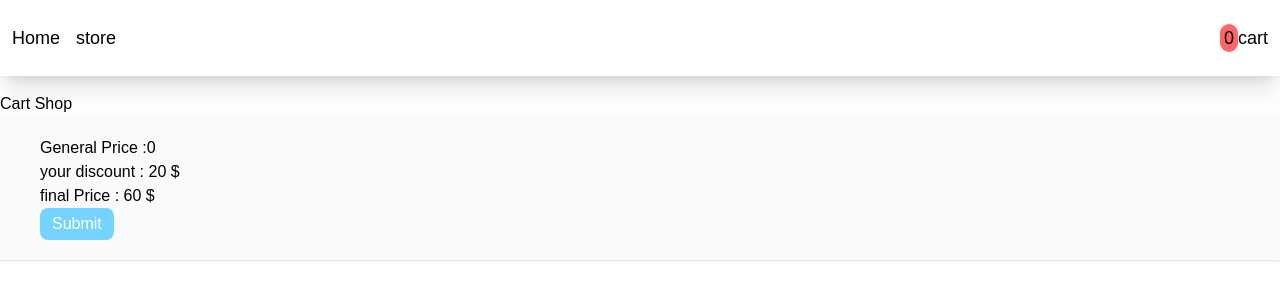
Repository: Rohullah-Noori/Nextjs-online-shop
Page: /cart
These files come from the project's save history. The page is drawn as it stood at one moment and after the next save; the edit follows.
The browser window is 1280 px wide. The pictures show the whole page.
The project was rebuilt for these pictures with package versions that can differ from the ones it lists, and the page was loaded fresh each time. The framework's server and built-in components were replaced by stand-ins that run in the browser. Requests to the local data server were answered from the project's data file. Also part of the build but not shown: next.config.ts, src/app/components/AddToCart.tsx, src/app/components/CartItem.tsx.

Above is the page before, as saved 2025-05-13 16:32:46.

### src/app/cart/page.tsx
"use client";

import React, { useEffect, useState } from "react";
import Container from "../components/Container";
import CartItem from "../components/CartItem";
import { useShopingContextCustim } from "../context/page";
import axios from "axios";
import { IProductsProps } from "../components/Products";
import { formatNumber } from "@/utils/number";

export default function Cart() {
  const { cart } = useShopingContextCustim();

  const [data, setData] = useState<IProductsProps[]>([]);

  useEffect(() => {
    axios(`http://localhost:3004/products`).then((res) => {
      const { data } = res;
      setData(data);
    });
  }, []);

  console.log(data);

  return (
    <Container>
      <h1>Cart Shop</h1>
      {cart.map((item) => (
        <CartItem key={item.id} {...item} />
      ))}

      <div className="shadow bg-gray-50 gap-y-3 px-10 py-5 ">
        <p>
          General Price :
          <span>
            {formatNumber(
              cart.reduce((total, item) => {
                const selectedproduct = data.find(
                  (product) => product.id == item.id.toString()
                );
                return total + (selectedproduct?.price ?? 0) * item.qty;
              }, 0)
            )}
          </span>
        </p>
        <p>
          your discount : <span>20 $</span>{" "}
        </p>
        <p>
          final Price : <span>60 $</span>
        </p>
        <div className=" flex justify-start gap-x-3">
          <button className=" px-3 py-1 rounded-lg bg-sky-300 text-white text-md">
            Submit
          </button>
          {/* <input
            type="text"
            value={"please enter your discount code"}
            className="w-[300px] bg-sky-50 rounded-lg px-3 text-gray-400"
          /> */}
        </div>
      </div>
    </Container>
  );
}

### src/app/components/Layout.tsx
import React from "react";
import Navbar from "./Navbar";

interface IlayoutProps {
  children: React.ReactNode;
}

export default function Layout({ children }: IlayoutProps) {
  return (
    <div>
      <Navbar />
      {children}
    </div>
  );
}

### src/app/context/page.tsx
"use client";
import React, { createContext, useContext, useState } from "react";

type IshopContextProps = {
  children: React.ReactNode;
};

type cartItems = {
  id: number;
  qty: number;
};

type TshopingContext = {
  cart: cartItems[];
  HandleincreasetoCard: (id: number) => void;
  getProductqty: (id: number) => number;
  totalitemsqty: number;
  handledecreasetoCard: (id: number) => void;
  RemovehandleSubmit: (id: number) => void;
};

const shopingContext = createContext({} as TshopingContext);

export const useShopingContextCustim = () => {
  return useContext(shopingContext);
};

export default function ConextShop({ children }: IshopContextProps) {
  const [cart, setCart] = useState<cartItems[]>([]);

  const getProductqty = (id: number) => {
    return cart.find((item) => item.id == id)?.qty ?? 0;
  };

  const totalitemsqty = cart.reduce((totalgqty, item) => {
    return totalgqty + item.qty;
  }, 0);

  const HandleincreasetoCard = (id: number) => {
    setCart((prev) => {
      const isnotExist = prev.find((item) => item.id === id) == null;
      if (isnotExist) {
        return [...prev, { id: id, qty: 1 }];
      } else {
        return prev.map((item) => {
          if (item.id == id) {
            return { ...item, qty: item.qty + 1 };
          } else {
            return item;
          }
        });
      }
    });
  };

  const handledecreasetoCard = (id: number) => {
    setCart((prev) => {
      const islastOne = prev.find((item) => item.id == id)?.qty == 1;
      if (islastOne) {
        return prev.filter((item) => item.id != id);
      } else {
        return prev.map((item) => {
          if (item.id == id) {
            return {
              ...item,
              qty: item.qty - 1,
            };
          } else {
            return item;
          }
        });
      }
    });
  };

  const RemovehandleSubmit = (id: number) => {
    setCart((prev) => {
      return prev.filter((item) => item.id != id);
    });
  };

  return (
    <shopingContext.Provider
      value={{
        cart,
        HandleincreasetoCard,
        getProductqty,
        totalitemsqty,
        handledecreasetoCard,
        RemovehandleSubmit,
      }}
    >
      {children}
    </shopingContext.Provider>
  );
}

### src/app/components/Container.tsx
import React from "react";
interface IContainerProps {
  children: React.ReactNode;
}

export default function Container({ children }: IContainerProps) {
  return <div className="container mx-auto">{children}</div>;
}

### src/utils/number.tsx
export function formatNumber(num: number) {
  return num.toString().replace(/\B(?=(\d{3})+(?!\d))/g, ",");
}

### src/app/components/Navbar.tsx
"use client";
import Link from "next/link";
import { usePathname } from "next/navigation";

import React from "react";
import Container from "./Container";
import { useShopingContextCustim } from "../context/page";

export default function Navbar() {
  const { totalitemsqty } = useShopingContextCustim();
  const pathname = usePathname();
  const navlinks = [
    {
      title: "Home",
      href: "/",
    },
    {
      title: "store",
      href: "/store",
    },
  ];

  return (
    <nav className="  flex p-3 mb-4 text-lg  shadow-xl  ">
      <Container>
        <div className="flex justify-between my-3 ">
          <div>
            {navlinks.map((item) => (
              <Link
                key={item.href}
                className={`mr-4 ${
                  pathname === item.href ? "text-sky-400" : ""
                }`}
                href={item.href}
              >
                {item.title}
              </Link>
            ))}
          </div>
          <div>
            <span className="bg-red-400 rounded-4xl p-1">{totalitemsqty}</span>
            <Link href="/cart">cart</Link>
          </div>
        </div>
      </Container>
    </nav>
  );
}

### database/db.json
{
  "products": [
    {
      "id": "1",
      "title": " Product 1",
      "price": 30,
      "description": "Kitchen sinks are essential for washing dishes, vegetables, and hands.\nKitchen lamps provide focused lighting for cooking and food preparation.\nCabinets store utensils, cookware, and pantry items in an organized way.\nCountertops offer space for chopping, mixing, and serving meals.\nStoves and ovens are central for cooking a variety of dishes.\nRefrigerators keep food fresh and beverages cold.\nThese materials make the kitchen functional, efficient, and enjoyable to use.",
      "image": "https://m.media-amazon.com/images/I/71r1BLOWnkL._AC_UF894,1000_QL80_.jpg"
    },
    {
      "id": "2",
      "title": " Product 2",
      "price": 10,
      "description": "Household cleaners like glass and ceramic cleaners help keep surfaces shiny and free from stains.\nThey remove dirt, grease, and bacteria, making the home healthier.\nGlass cleaners leave mirrors and windows streak-free and crystal clear.\nCeramic cleaners restore the shine of tiles and prevent mold growth.\nRegular use of these products extends the life of surfaces.\nThey also reduce unpleasant odors and leave a fresh scent.\nUsing the right cleaner makes cleaning faster and more effective.",
      "image": "https://media.istockphoto.com/id/510693044/photo/house-cleaning-product-on-wood-table.jpg?s=612x612&w=0&k=20&c=EZfeRCDgSMPnqG684zQBOqyNfDGx9JWTXS1Q2Lhrjy4="
    },
    {
      "id": "3",
      "title": " Product 3",
      "price": 20,

      "description": "Household cleaning tools like toothbrushes and bathroom brushes help maintain personal and home hygiene.\nToilet brushes are essential for keeping toilets clean and germ-free.\nShampoo is not only for hair but can also be used for gentle surface cleaning.\nCeramic cleaners remove stains and keep tiles shiny and fresh.\nKitchen floor cleaners remove grease and food residue for a safer cooking space.\nYard floor cleaners help",

      "image": "https://t3.ftcdn.net/jpg/01/91/32/34/360_F_191323402_W2ATUPr8dGHALHrvyX4WVlEDz4qXmmd9.jpg"
    },
    {
      "id": "4",
      "title": " Product 4",
      "price": 100,
      "description": "Bedroom essentials like pillows and beds provide comfort and support for restful sleep.\nSoft blankets and bed sheets add warmth and relaxation.\nCurtains help control light and add privacy to your room.\nClosets and drawers keep clothes and accessories organized.\nNightstands are useful for holding lamps, books, or phones.\nCarpets add a cozy feeling and reduce noise in the room.\nThese home materials make the bedroom more comfortable and functional.",
      "image": "https://a-static.besthdwallpaper.com/colorful-cartoon-design-with-open-door-and-household-items-wallpaper-1152x768-102826_36.jpg"
    },
    {
      "id": "5",
      "title": " Product 5",
      "price": 80,
      "description": "Chairs provide comfortable seating and come in various styles for different rooms.\nLamps add both light and ambiance, making spaces feel warm and inviting.\nWall art and paintings bring personality and color to your home.\nShelves and stands help organize books, plants, and decorative items.\nRugs define areas and add texture to floors.\nMirrors enhance light and make rooms appear more spacious.\nDecorations reflect your style and turn a house into a home.",
      "image": "https://plus.unsplash.com/premium_photo-1683133958062-12afa652a4fb?fm=jpg&q=60&w=3000&ixlib=rb-4.0.3&ixid=M3wxMjA3fDB8MHxzZWFyY2h8OXx8aG9tZSUyMGRlY29yfGVufDB8fDB8fHww"
    },
    {
      "id": "6",
      "title": " Product 6",
      "price": 5,
      "description": "Fruits are a natural source of vitamins, minerals, and fiber. They come in a variety of colors, shapes, and flavors. Eating fruits regularly helps boost your immune system. Some common fruits include apples, bananas, oranges, and grapes. Fruits are a delicious and healthy snack for any time of day.Many fruits grow on trees, bushes, or vines depending on the type. Tropical fruits like mangoes and pineapples thrive in warm climates.",

      "image": "https://t3.ftcdn.net/jpg/06/06/15/56/360_F_606155606_rFYHJP0uKgPNdpT3NoDbucxp0h38rlWb.jpg"
    }
  ]
}

Loaded but not shown: src/app/layout.tsx (common file); src/app/globals.css (common file)

After the next save:
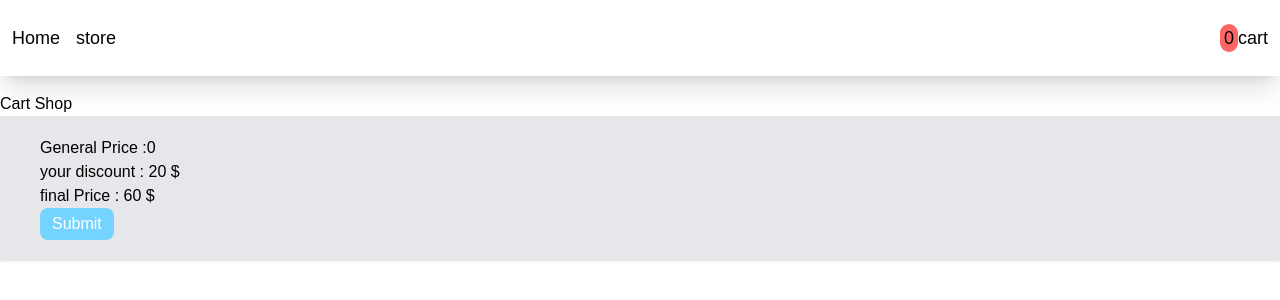
Saved 30 s later.
--- a/src/app/cart/page.tsx
+++ b/src/app/cart/page.tsx
@@ -29,7 +29,7 @@ export default function Cart() {
         <CartItem key={item.id} {...item} />
       ))}
 
-      <div className="shadow bg-gray-50 gap-y-3 px-10 py-5 ">
+      <div className="shadow bg-gray-200 gap-y-3 px-10 py-5 ">
         <p>
           General Price :
           <span>
